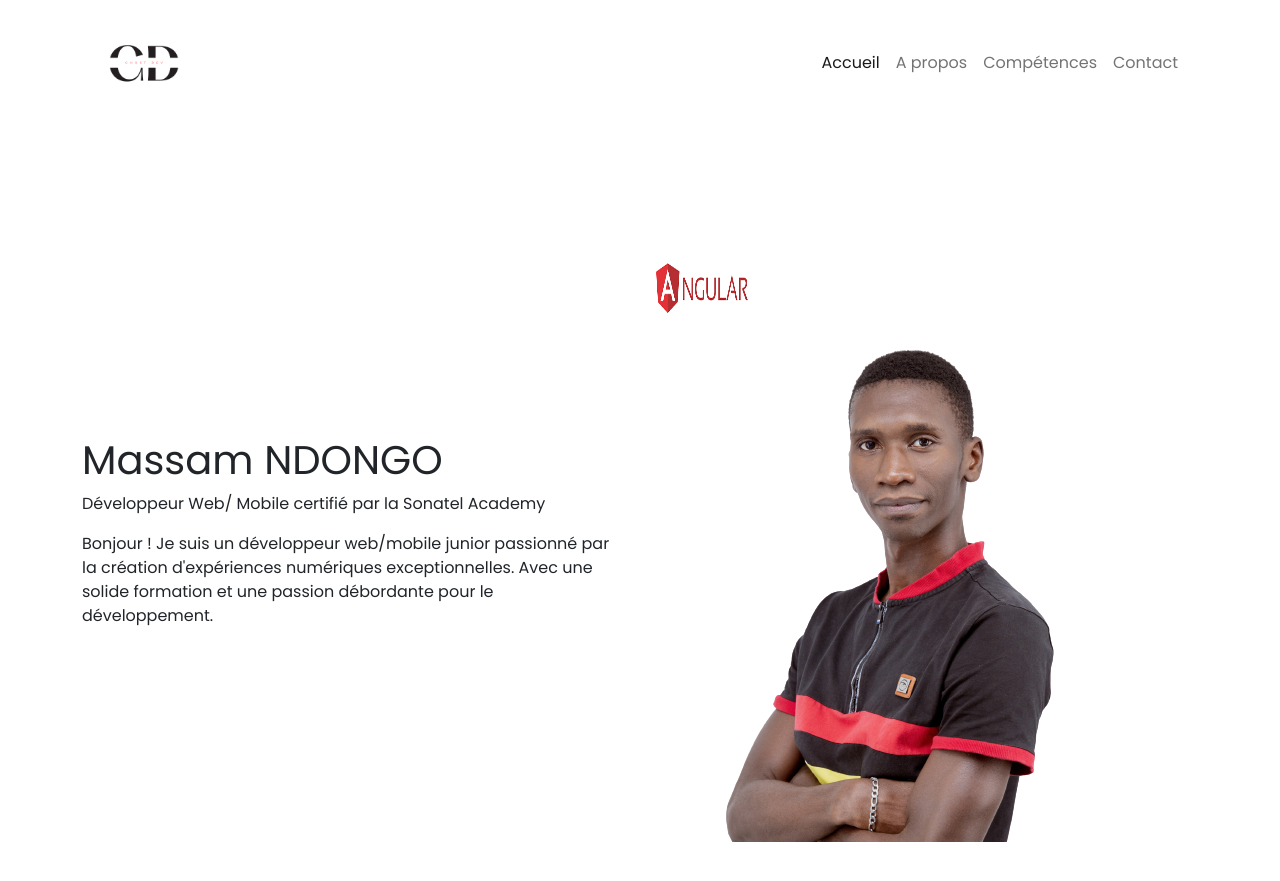
Repository: massndongo/portfolio1
Page: index.html
These files come from the project's save history. The page is drawn as it stood at one moment and after the next save; the edit follows.
The browser window is 1280 px wide. The pictures show the part of the page from y = 0 to 881 px (the page is 2219 px tall).
A picture or video elsewhere on the page could not be fetched, so the positions and the page height are approximate.

Above is the page before, as saved 2023-05-29 18:52:20.

After the next save:
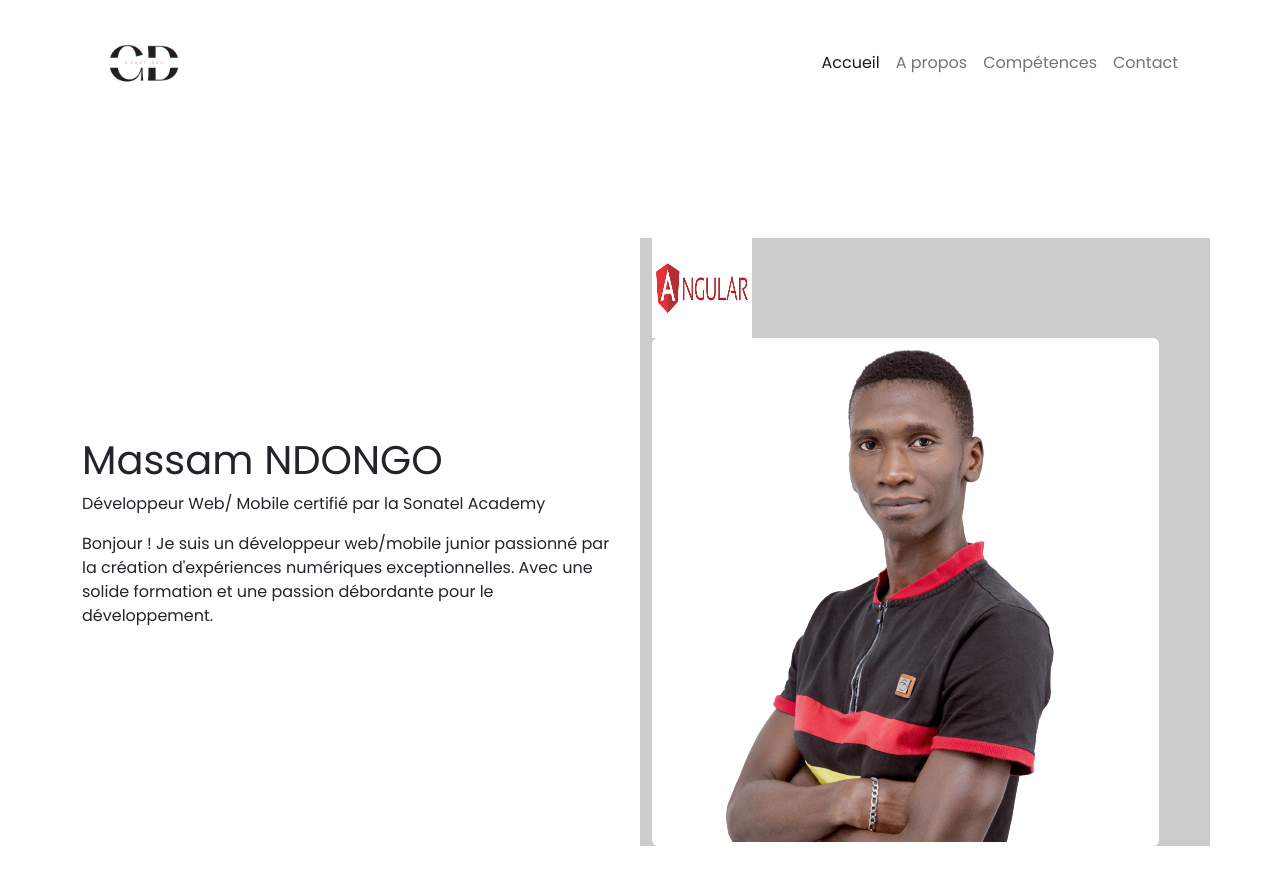
Saved 4 s later.
--- a/assets/css/main.css
+++ b/assets/css/main.css
@@ -47,7 +47,7 @@
     margin-top: 5%;
 }
 .profil {
-    background-color: #;
+    background-color: #ccc;
 }
 .angular {
     position: relative;
